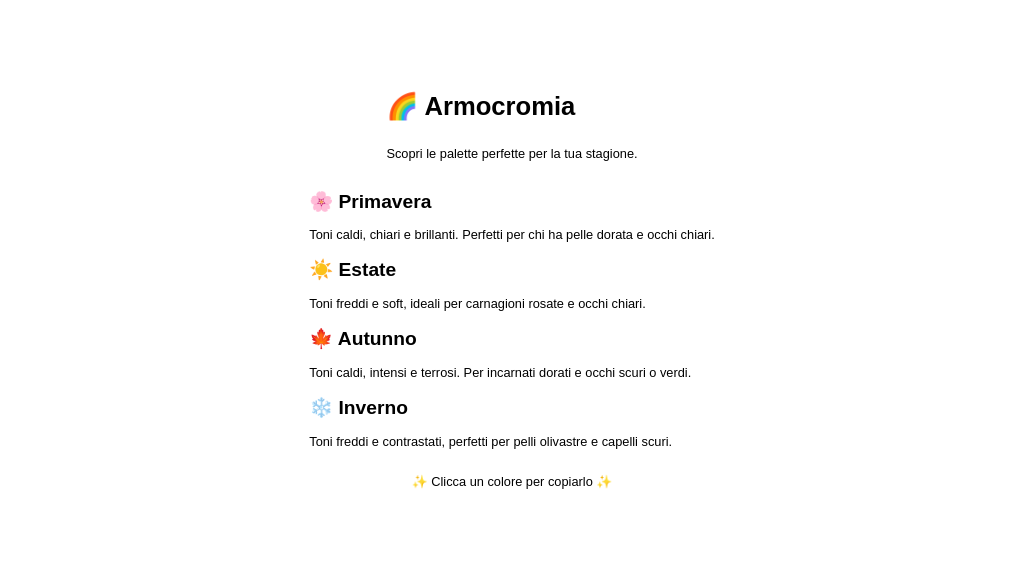
Repository: Probyte5D/Armocromia-website
Page: index.html
An editor plug-in stored every save of this project. The page is shown before and after the next save, followed by the edit.
The browser window is 1280 px wide. The pictures show the whole page, at 80% of full size.

Above is the page before, as saved 2025-04-17 20:01:28.

### index.html
<!DOCTYPE html>
<html lang="it">
<head>
  <meta charset="UTF-8" />
  <meta name="viewport" content="width=device-width, initial-scale=1.0" />
  <title>Armocromia - Scopri la tua stagione</title>
  <link rel="stylesheet" href="style.css" />
</head>
<body>
  <header>
    <h1>🌈 Armocromia</h1>
    <p>Scopri le palette perfette per la tua stagione.</p>
  </header>

  <main>
    <section class="season primavera">
      <h2>🌸 Primavera</h2>
      <p>Toni caldi, chiari e brillanti. Perfetti per chi ha pelle dorata e occhi chiari.</p>
      <div class="palette">
        <div class="color" data-color="#FFD1DC"></div>
        <div class="color" data-color="#FFFACD"></div>
        <div class="color" data-color="#E0BBE4"></div>
        <div class="color" data-color="#FFB347"></div>
        <div class="color" data-color="#B5EAD7"></div>
      </div>
    </section>

    <section class="season estate">
      <h2>☀️ Estate</h2>
      <p>Toni freddi e soft, ideali per carnagioni rosate e occhi chiari.</p>
      <div class="palette">
        <div class="color" data-color="#BFD7EA"></div>
        <div class="color" data-color="#D6E2E9"></div>
        <div class="color" data-color="#A2D2FF"></div>
        <div class="color" data-color="#CDB4DB"></div>
        <div class="color" data-color="#E2F0CB"></div>
      </div>
    </section>

    <section class="season autunno">
      <h2>🍁 Autunno</h2>
      <p>Toni caldi, intensi e terrosi. Per incarnati dorati e occhi scuri o verdi.</p>
      <div class="palette">
        <div class="color" data-color="#D2691E"></div>
        <div class="color" data-color="#C3B091"></div>
        <div class="color" data-color="#A0522D"></div>
        <div class="color" data-color="#F4A460"></div>
        <div class="color" data-color="#B22222"></div>
      </div>
    </section>

    <section class="season inverno">
      <h2>❄️ Inverno</h2>
      <p>Toni freddi e contrastati, perfetti per pelli olivastre e capelli scuri.</p>
      <div class="palette">
        <div class="color" data-color="#000000"></div>
        <div class="color" data-color="#4169E1"></div>
        <div class="color" data-color="#8A2BE2"></div>
        <div class="color" data-color="#FF1493"></div>
        <div class="color" data-color="#00CED1"></div>
      </div>
    </section>
  </main>

  <footer>
    <p>✨ Clicca un colore per copiarlo ✨</p>
  </footer>

  <script src="script.js"></script>
</body>
</html>

### style.css
body {
  display: flex;
  flex-direction: column;
  align-items: center;
  justify-content: center;
  height: 100vh;
  margin: 0;
  font-family: Arial, sans-serif;
  background-color: #ffffff;
  transition: background-color 0.3s ease;
}

h1 {
  margin-bottom: 2rem;
}

#colorCode {
  font-size: 1.5rem;
  margin: 1rem 0;
  color: #333;
}

button {
  padding: 1rem 2rem;
  font-size: 1rem;
  border: none;
  background-color: #333;
  color: #fff;
  border-radius: 8px;
  cursor: pointer;
  transition: background 0.3s;
}

button:hover {
  background-color: #555;
}

### script.js
function generaColore() {
  const lettere = "0123456789ABCDEF";
  let colore = "#";
  for (let i = 0; i < 6; i++) {
    colore += lettere[Math.floor(Math.random() * 16)];
  }
  return colore;
}

function cambiaColore() {
  const nuovoColore = generaColore();
  document.body.style.backgroundColor = nuovoColore;
  document.getElementById("colorCode").textContent = nuovoColore;
}

After the next save:
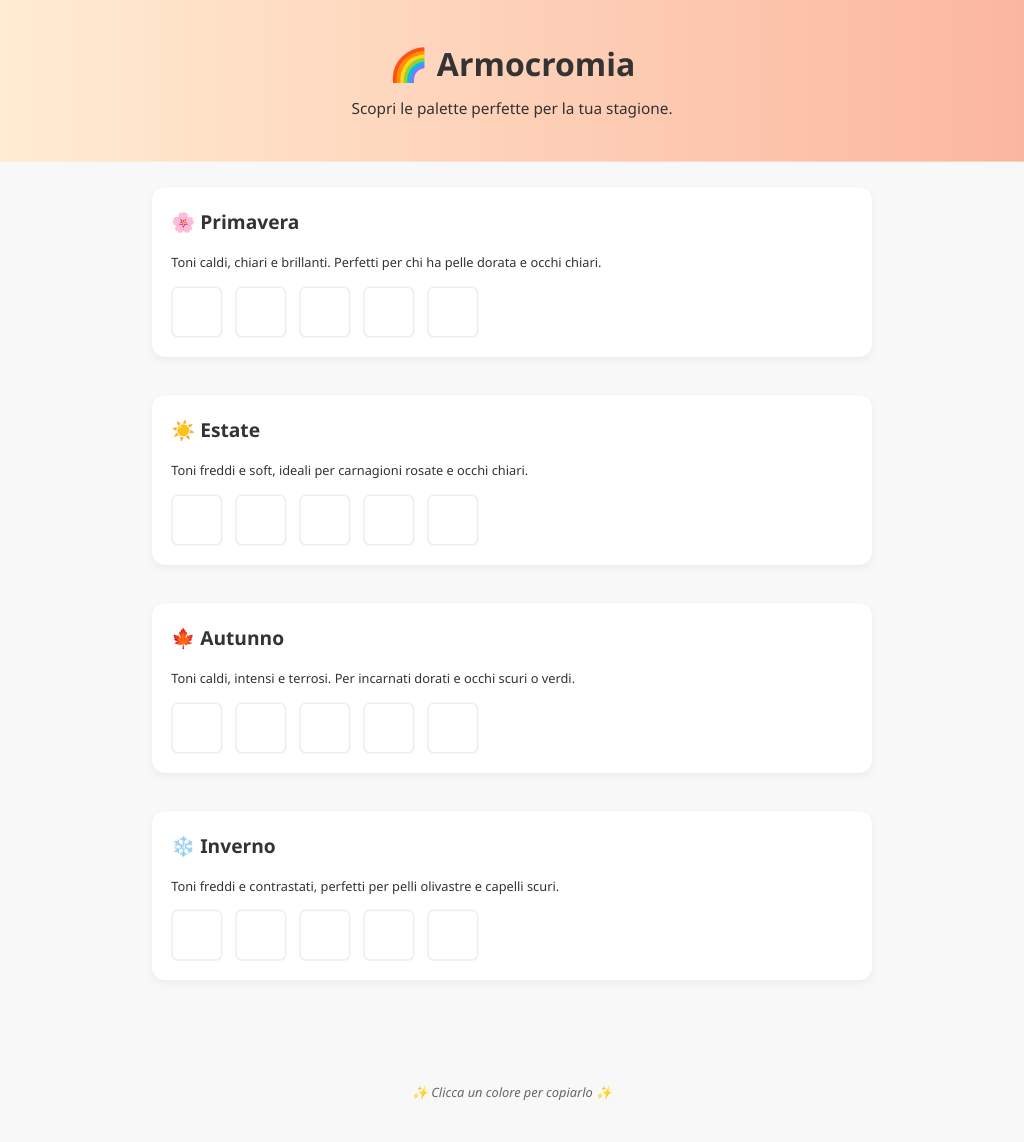
Saved 26 s later.
--- a/style.css
+++ b/style.css
@@ -1,36 +1,68 @@
 body {
-  display: flex;
-  flex-direction: column;
-  align-items: center;
-  justify-content: center;
-  height: 100vh;
   margin: 0;
-  font-family: Arial, sans-serif;
-  background-color: #ffffff;
-  transition: background-color 0.3s ease;
+  font-family: 'Segoe UI', sans-serif;
+  background: #f8f8f8;
+  color: #333;
+  line-height: 1.6;
 }
 
-h1 {
-  margin-bottom: 2rem;
+header {
+  text-align: center;
+  padding: 3rem 1rem 2rem;
+  background: linear-gradient(to right, #ffecd2, #fcb69f);
 }
 
-#colorCode {
-  font-size: 1.5rem;
-  margin: 1rem 0;
-  color: #333;
+header h1 {
+  font-size: 2.5rem;
+  margin: 0;
 }
 
-button {
-  padding: 1rem 2rem;
-  font-size: 1rem;
-  border: none;
-  background-color: #333;
-  color: #fff;
+header p {
+  font-size: 1.2rem;
+  margin-top: 0.5rem;
+}
+
+main {
+  max-width: 900px;
+  margin: 0 auto;
+  padding: 2rem;
+}
+
+.season {
+  margin-bottom: 3rem;
+  padding: 1.5rem;
+  border-radius: 1rem;
+  background-color: #fff;
+  box-shadow: 0 4px 10px rgba(0, 0, 0, 0.05);
+}
+
+.season h2 {
+  margin-top: 0;
+}
+
+.palette {
+  display: flex;
+  gap: 1rem;
+  margin-top: 1rem;
+}
+
+.color {
+  width: 60px;
+  height: 60px;
   border-radius: 8px;
   cursor: pointer;
-  transition: background 0.3s;
+  transition: transform 0.2s;
+  border: 2px solid #eee;
 }
 
-button:hover {
-  background-color: #555;
+.color:hover {
+  transform: scale(1.1);
+  border-color: #999;
 }
+
+footer {
+  text-align: center;
+  padding: 2rem;
+  font-style: italic;
+  color: #666;
+}
